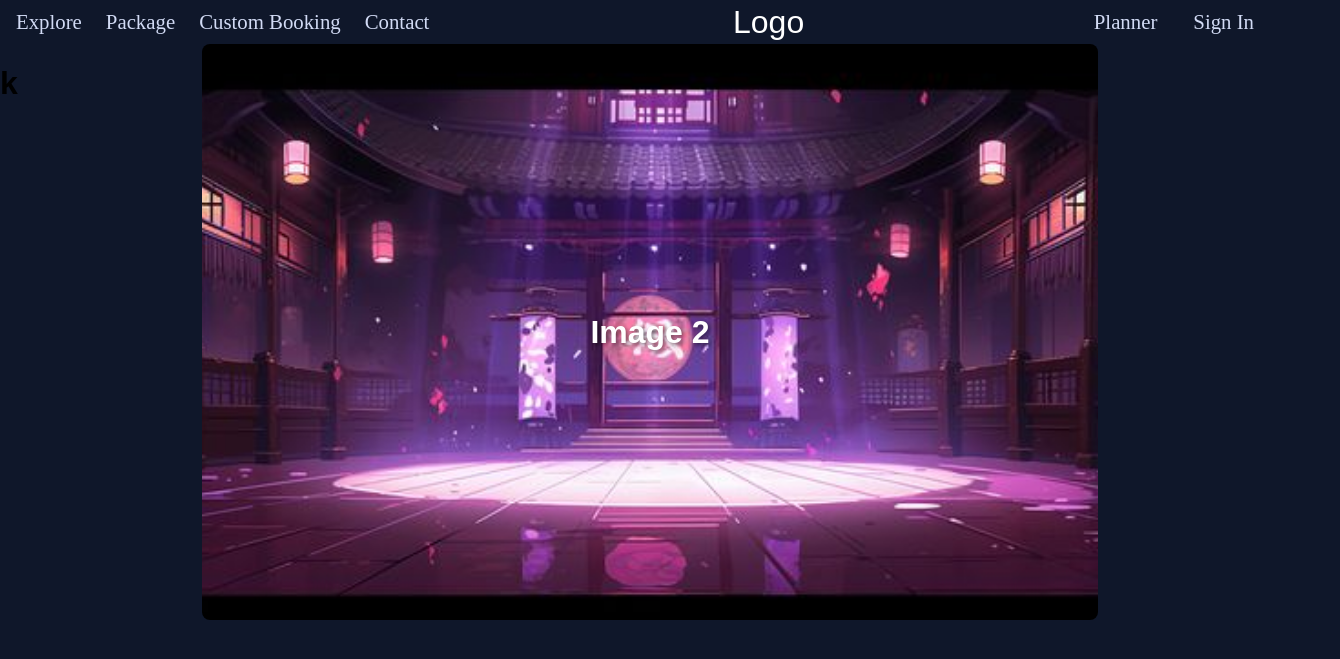
Repository: Demonster-01/Event-Management
Page: / (app in EventOrg/)
These files come from the project's save history. The page is drawn as it stood at one moment and after the next save; the edit follows.
The browser window is 1280 px wide. The page is 1290 px wide, then 1340 px, so the pictures cover 1340 px, including what lies to the right of the window. The pictures show the whole page.
Some web fonts or font styles are not loaded; a fallback is used. The project was rebuilt for these pictures with package versions that can differ from the ones it lists, and the page was loaded fresh each time. Also part of the build but not shown: EventOrg/vite.config.js, EventOrg/src/components/Slideshow.jsx.

Above is the page before, as saved 2024-11-08 17:15:08.

### EventOrg/index.html
<!doctype html>
<html lang="en">
  <head>
    <meta charset="UTF-8" />
    <link rel="icon" type="image/svg+xml" href="/vite.svg" />
    <meta name="viewport" content="width=device-width, initial-scale=1.0" />
    <!-- <link
      href="https://fonts.googleapis.com/css2?family=Roboto:wght@400;700&display=swap"
      rel="stylesheet"> -->
    <link
      href="https://fonts.googleapis.com/css2?family=Oranienbaum&display=swap"
      rel="stylesheet">

    <title>Event Mialune</title>
  </head>
  <body>
    <div id="root"></div>
    <script type="module" src="/src/main.jsx"></script>
  </body>
</html>

### EventOrg/src/App.jsx
import { useState } from "react";

import "./App.css";

import Nav from "./components/Nav";
import Slider from "./components/Slider";
import Slideshow from "./components/Slideshow";

function App() {
  return (
    <div className="App">
      <Nav />
      <Slider />
      {/* <Slideshow /> */}
      <h1>k</h1>
    </div>
  );
}

export default App;

### EventOrg/src/App.css
body {
  margin: 0;
  background-color: #0f172a; /* Default text color */
  font-family: "Arial", sans-serif; /* Optional, to set a base font family */
  min-height: 100vh; /* Ensure the background covers the entire screen */
}

### EventOrg/src/components/Nav.jsx
import styles from "../module_css/Nav.module.css";

export default function Nav() {
  return (
    <div className={styles.container}>
      <nav className={styles.navbar}>
        <ul className={styles.nav_list}>
          <li className={styles.nav_item}>Explore</li>
          <li className={styles.nav_item}>Package</li>
          <li className={styles.nav_item}>Custom Booking</li>
          <li className={styles.nav_item}>Contact</li>
        </ul>
      </nav>

      <div className={styles.logo}>Logo</div>
      <div className={styles.btngroup}>
        <button className={styles.btn}>Planner</button>
        <button className={styles.btn}>Sign In</button>
      </div>
    </div>
  );
}

### EventOrg/src/components/Slider.jsx
import React, { useState, useEffect } from "react";
import styles from "../module_css/Slider.module.css";

import image1 from "../assets/images/image.jpg";
import hallImage from "../assets/images/hall.jpg";
import image3 from "../assets/images/image.jpg";

export default function Slider() {
  const [currentImageIndex, setCurrentImageIndex] = useState(0);

  const images = [
    {
      url: image1,
      caption: "Image 1",
    },
    { url: hallImage, caption: "Image 2" },
    { url: image3, caption: "Image 3" },
  ];

  // Function to handle the next image in the slider
  const nextImage = () => {
    setCurrentImageIndex((prevIndex) => (prevIndex + 1) % images.length);
  };

  // Automatic slider every 3 seconds
  useEffect(() => {
    const interval = setInterval(nextImage, 3000);
    return () => clearInterval(interval); // Cleanup on component unmount
  }, []);

  return (
    <div className={styles.slider_container}>
      <div className={styles.image_slider}>
        <img
          src={images[currentImageIndex].url}
          alt={images[currentImageIndex].caption}
          className={styles.slider_image}
        />
        <div className={styles.image_caption}>
          {images[currentImageIndex].caption}
        </div>
      </div>
    </div>
  );
}

### EventOrg/src/module_css/Nav.module.css
.container {
  display: flex;
  justify-content: space-between;
  align-items: center;
  /* background-color: #404a42; */
  padding: 0 1rem;
}

.navbar {
  color: #d2dbf5;
  font-size: 1.3rem;
  font-family: "Oranienbaum";
}

.nav_list {
  display: flex;
  list-style-type: none;
  margin: 0;
  padding: 0;
}

.nav_item {
  margin-right: 1.5rem;
  color: 404a42;
  cursor: pointer;
}

.nav_item:hover,
.btn:hover {
  text-shadow: 2px 2px 5px rgba(238, 240, 233, 0.884);
  cursor: pointer;
  transition: color 0.3s ease;
}

.btngroup {
  display: flex;
  gap: 1rem;
}

.btn {
  font-family: "Oranienbaum";
  font-size: 1.3rem;
  border: none;
  padding: 10px;
  background-color: transparent;
  color: #d2dbf5;
}

.logo {
  color: white;
  font-size: 2rem;
}

### EventOrg/src/module_css/Slider.module.css
/* Container for the slider */
.slider_container {
  margin: 0 10px;
  display: flex;
  justify-content: center;
  align-items: center;
  position: absolute;
  height: 80%;
  width: 100%;
  overflow: hidden;
}

/* Styling for the image and text inside the slider */
.image_slider {
  position: relative;
  width: 70%;
  height: 100%;
}

/* Image styling */
.slider_image {
  width: 100%;
  height: 100%;
  border-radius: 8px;
  object-fit: cover; /* Ensures the image covers the entire container */
  transition: opacity 0.5s ease; /* Smooth transition for image changes */
}

/* Text caption styling */
.image_caption {
  position: absolute;
  top: 50%;
  left: 50%;
  transform: translate(-50%, -50%);
  color: white;
  font-size: 2rem;
  font-weight: bold;
  text-shadow: 2px 2px 4px rgba(0, 0, 0, 0.5); /* Text shadow for better visibility */
}

Loaded but not shown: EventOrg/src/main.jsx (common file)

After the next save:
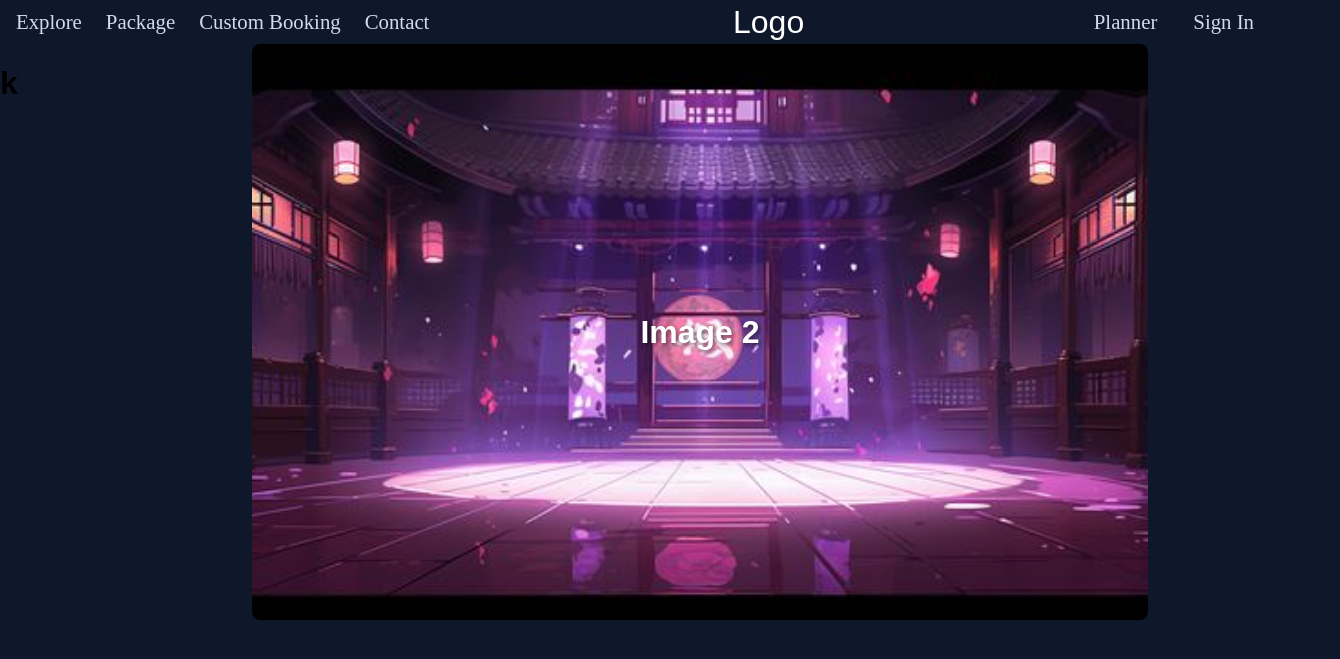
Saved 53 s later.
--- a/EventOrg/src/module_css/Slider.module.css
+++ b/EventOrg/src/module_css/Slider.module.css
@@ -1,6 +1,6 @@
 /* Container for the slider */
 .slider_container {
-  margin: 0 10px;
+  margin: 0 60px;
   display: flex;
   justify-content: center;
   align-items: center;
